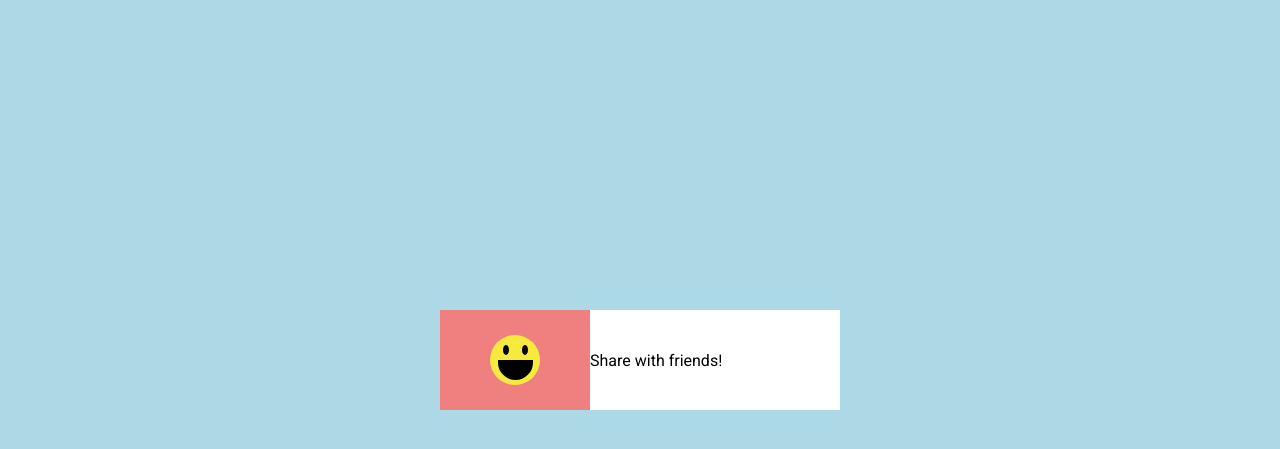
Repository: safak/animation
Page: index.html
These files come from the project's save history. The page is drawn as it stood at one moment and after the next save; the edit follows.
The browser window is 1280 px wide. The pictures show the whole page.

Above is the page before, as saved 2020-12-19 00:30:36.

### index.html
<html lang="en">
  <head>
    <meta charset="UTF-8" />
    <meta name="viewport" content="width=device-width, initial-scale=1.0" />
    <link rel="stylesheet" href="style.css" />
    <link
      rel="stylesheet"
      href="https://cdnjs.cloudflare.com/ajax/libs/font-awesome/5.15.1/css/all.min.css"
      integrity="sha512-+4zCK9k+qNFUR5X+cKL9EIR+ZOhtIloNl9GIKS57V1MyNsYpYcUrUeQc9vNfzsWfV28IaLL3i96P9sdNyeRssA=="
      crossorigin="anonymous"
    />
    <link rel="preconnect" href="https://fonts.gstatic.com" />
    <link
      href="https://fonts.googleapis.com/css2?family=Roboto:wght@100;300;400;500;700;900&display=swap"
      rel="stylesheet"
    />
    <title>Document</title>
  </head>
  <body>
    <div class="container">
      <div class="interactive-container">
        <div class="person smiling-person">
          <div class="eyes">
            <div class="eye"></div>
            <div class="eye"></div>
          </div>
          <div class="mouth"></div>
        </div>
        <div class="box">
          <span class="dots">......</span>
        </div>
        <div class="person surprised-person">
          <div class="eyes">
            <div class="eye"></div>
            <div class="eye"></div>
          </div>
          <div class="mouth-surprised"></div>
        </div>
      </div>
      <div class="text-container">
        Share with friends!
      </div>
    </div>
  </body>
</html>

### style.css
* {
  padding: 0px;
  margin: 0px;
}

body {
  display: flex;
  align-items: center;
  justify-content: center;
  min-height: 100vh;
  background: lightblue;
  font-family: "Roboto", sans-serif;
}

.container{
  width: 400px;
  display: flex;
  align-items: center;
  background-color: white;
}

.interactive-container {
  width: 150px;
  height: 100px;
  background-color: lightcoral;
  position: relative;
  overflow: hidden;
}

.person {
  width: 50px;
  height: 50px;
  border-radius: 50%;
  background-color: rgb(247, 234, 62);
  position: relative;
}

.eyes {
  width: 25px;
  height: 20px;
  position: absolute;
  top: 10;
  left: 12.5px;
  display: flex;
  justify-content: space-between;
}

.eye {
  width: 6px;
  height: 10px;
  background-color: black;
  border-radius: 50%;
}

.mouth {
  width: 35px;
  height: 20px;
  background-color: #000;
  border-radius: 0 0 60px 60px;
  position: absolute;
  top: 25px;
  left: 7.5px;
}

.mouth-surprised {
  width: 10px;
  height: 20px;
  background-color: #000;
  border-radius: 50%;
  position: absolute;
  top: 25px;
  left: 20px;
}

.smiling-person{
  position: absolute;
  top: 25px;
  left: 50px;
  transition: transform 1s ease;
}

.smiling-person{
  position: absolute;
  top: 25px;
  left: 50px;
  transition: transform 1s ease;
  z-index: 1;
}

.surprised-person{
  position: absolute;
  bottom: -50px;
  right: -50px;
  transition: transform 1s ease;
}

.box {
  clip-path: polygon(
    0% 50%,
    0% 100%,
    100% 100%,
    100% 50%,
    50% 50%,
    0% 30%,
    10% 50%
  );
  background-color: white;
  width: 50px;
  height: 50px;
  position: relative;
  top: 12px;
  left: 52px;
  opacity: 0;
  transition: opacity 1s ease;
}

.dots {
  position: absolute;
  top: 25px;
  left: 10px;
  opacity: 0;
  transition: opacity 1s ease;
  transition-delay: .5s;
}

.text-container{
  display: flex;
  align-items: center;
  justify-content: center;
}

.container:hover .smiling-person{
  transform: translate(-50px, -25px);
}

.container:hover .surprised-person{
  transform: translate(-50px, -50px);
}

.container:hover .box{
  opacity: 1;
}

.container:hover .dots{
  opacity: 1;
}

After the next save:
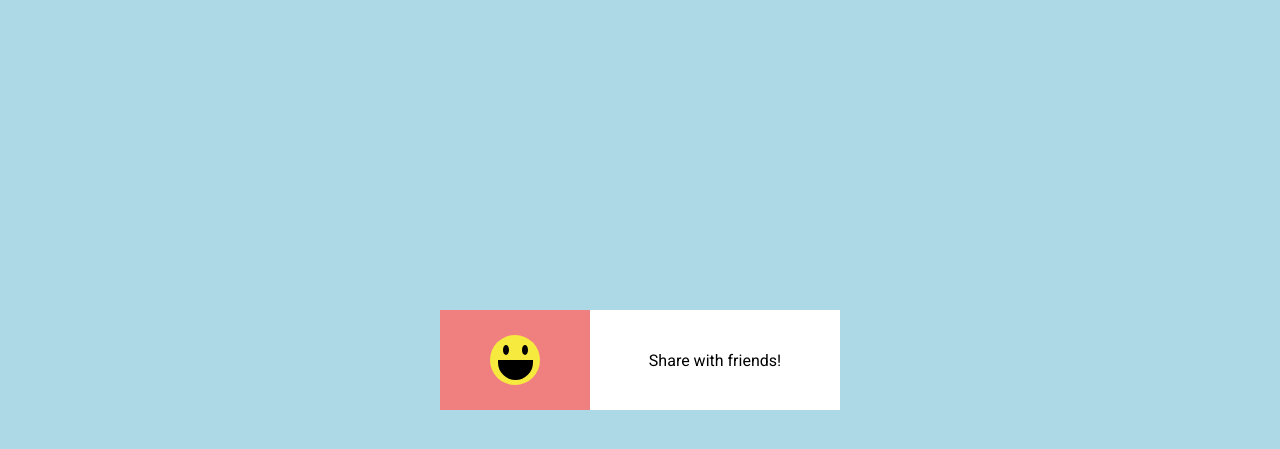
Saved 23 s later.
--- a/style.css
+++ b/style.css
@@ -124,6 +124,7 @@ body {
 }
 
 .text-container{
+  width: 250px;
   display: flex;
   align-items: center;
   justify-content: center;
